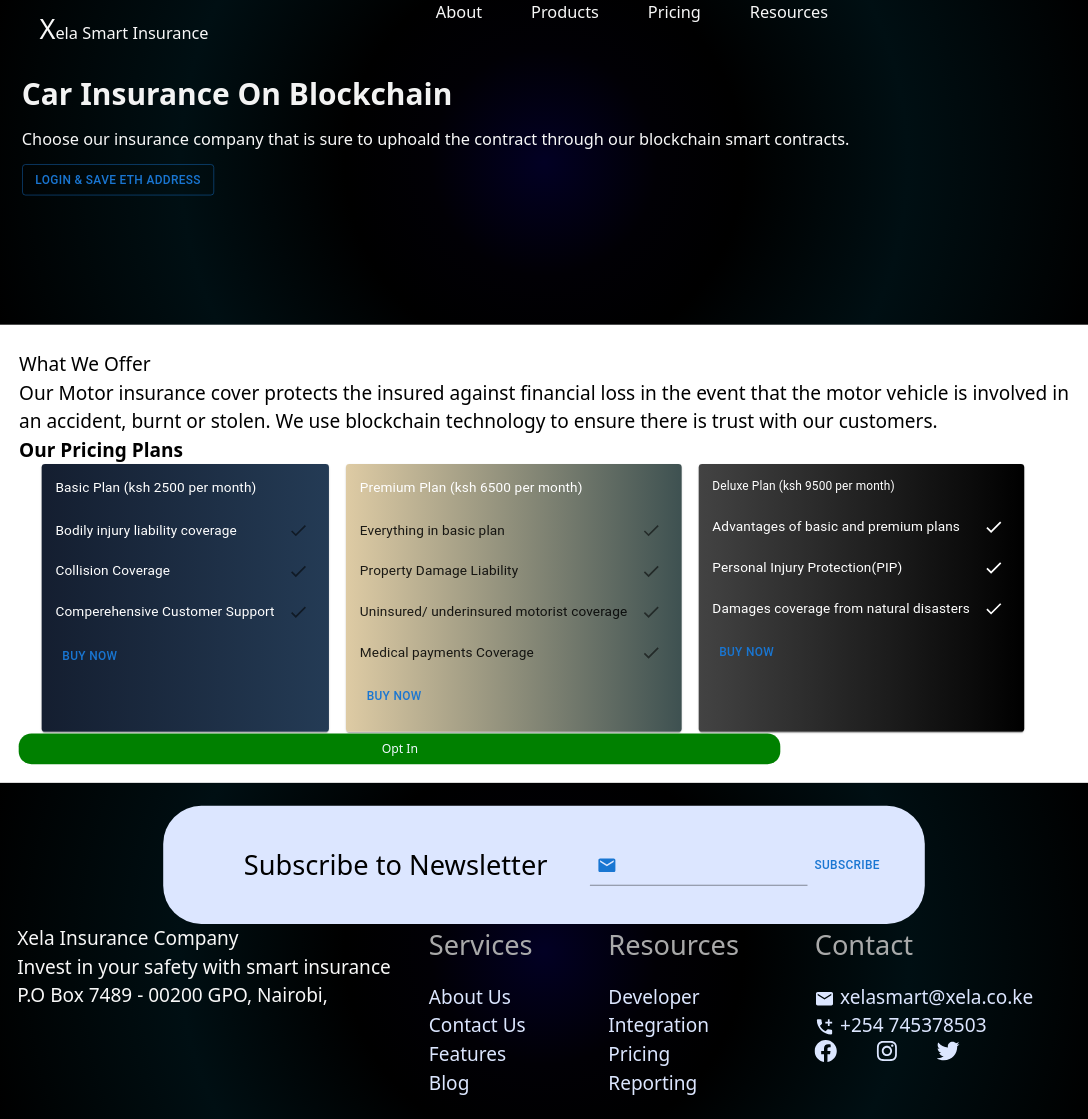
Repository: ALVIN-OBONYO/Xela-smart_insuarance
Page: / (app in frontend/)
An editor plug-in stored every save of this project. The page is shown before and after the next save, followed by the edit.
The browser window is 1280 px wide. The pictures show the whole page, at 85% of full size.
The project was rebuilt for these pictures with package versions that can differ from the ones it lists, and the page was loaded fresh each time. Also part of the build but not shown: frontend/src/Pages/Policies.jsx, frontend/src/Components/Calendar.css, frontend/src/Components/Calendar.jsx, frontend/src/Components/Input.js, frontend/src/Components/Upload.css, frontend/src/Components/Upload.js, frontend/src/Pages/ReportForm.jsx, frontend/src/Pages/Report.jsx and 2 more.

Above is the page before, as saved 2022-10-04 09:07:49.

### frontend/public/index.html
<!DOCTYPE html>
<html lang="en">
  <head>
    <meta charset="utf-8" />
    <link rel="icon" href="%PUBLIC_URL%/favicon.ico" />
    <meta name="viewport" content="width=device-width, initial-scale=1" />
    <meta name="theme-color" content="#000000" />
    <meta
      name="description"
      content="Web site created using create-react-app"
    />
    <link rel="apple-touch-icon" href="%PUBLIC_URL%/logo192.png" />
    <!--
      manifest.json provides metadata used when your web app is installed on a
      user's mobile device or desktop. See https://developers.google.com/web/fundamentals/web-app-manifest/
    -->
    <link rel="manifest" href="%PUBLIC_URL%/manifest.json" />
    <!--
      Notice the use of %PUBLIC_URL% in the tags above.
      It will be replaced with the URL of the `public` folder during the build.
      Only files inside the `public` folder can be referenced from the HTML.

      Unlike "/favicon.ico" or "favicon.ico", "%PUBLIC_URL%/favicon.ico" will
      work correctly both with client-side routing and a non-root public URL.
      Learn how to configure a non-root public URL by running `npm run build`.
    -->
    <title>React App</title>
  </head>
  <body>
    <noscript>You need to enable JavaScript to run this app.</noscript>
    <link
    href="https://unpkg.com/tailwindcss@^1.0/dist/tailwind.min.css"
    rel="stylesheet"
  />
  <script
    src="https://cdnjs.cloudflare.com/ajax/libs/web3/1.6.1/web3.min.js"
    integrity="sha512-5erpERW8MxcHDF7Xea9eBQPiRtxbse70pFcaHJuOhdEBQeAxGQjUwgJbuBDWve+xP/u5IoJbKjyJk50qCnMD7A=="
    crossorigin="anonymous"
    referrerpolicy="no-referrer"
  ></script>
    <div id="root"></div>
    <!--
      This HTML file is a template.
      If you open it directly in the browser, you will see an empty page.

      You can add webfonts, meta tags, or analytics to this file.
      The build step will place the bundled scripts into the <body> tag.

      To begin the development, run `npm start` or `yarn start`.
      To create a production bundle, use `npm run build` or `yarn build`.
    -->
  </body>
</html>

### frontend/src/index.js
import React from 'react';
import ReactDOM from 'react-dom/client';
import './index.css';
import App from './App';
import reportWebVitals from './reportWebVitals';
import { BrowserRouter } from 'react-router-dom';
const root = ReactDOM.createRoot(document.getElementById('root'));
root.render(
  <React.StrictMode>
     <BrowserRouter>
       <App />
    </BrowserRouter>
  </React.StrictMode>
);

// If you want to start measuring performance in your app, pass a function
// to log results (for example: reportWebVitals(console.log))
// or send to an analytics endpoint. Learn more: https://bit.ly/CRA-vitals
reportWebVitals();

### frontend/src/App.jsx
import './App.css';
import RoutePages from './Components/RoutePages';

function App() {
  return (
    <div className="App">
      <RoutePages/>
    </div>
  );
}

export default App;

### frontend/src/Components/RoutePages.jsx
import React from 'react'
import { Routes, Route} from 'react-router-dom'
import EntryPage from '../Pages/Entrypage'
import PolicyMaker from '../Pages/Policies'
import ReportForm from '../Pages/ReportForm'
import Report from '../Pages/Report'
import ReportInfo from '../Pages/ReportInfo'
import FormPagination from './FormPagination'
const RoutePages = () => {
    return (


   <Routes>

    <Route exact path="/" element={<EntryPage />} />
    <Route path="policy" element={<PolicyMaker />} />

    <Route path="report/2" element={<ReportForm/> } />
    <Route path="report/1" element={<ReportInfo />} />
    <Route path="report/*" element={<FormPagination />} />

   </Routes>


    )
}

export default RoutePages

### frontend/src/Pages/Entrypage.jsx
import React, {useState, useRef} from 'react'
import "../Components/Navbar.css"
import { FaTimes, FaBars, FaInstagram, FaTwitter, FaFacebook, } from 'react-icons/fa'
import { Link} from 'react-router-dom'
import { loginWithEth } from '../Services/LoginWithEth'
import { truncateAddress } from '../Services/TruncateAddress'
import Web3 from 'web3'
import { getContractSymbol } from '../Services/Contract'
import TextField from '@mui/material/TextField'
import Button from "@mui/material/Button"
import PlanCard from "../Components/Cards"
import EmailIcon from "@mui/icons-material/Email"
import { IconButton, InputAdornment } from '@mui/material'
import AddIcCallIcon from '@mui/icons-material/AddIcCall';

const Entrypage = () => {
        const [navButton, setNavButton] = useState(false)
        const [policy, setPolicy] = useState("")
        const switchNavState = () => setNavButton(!navButton)
        const buttonLogout = useRef(null)
        const yourAddress = useRef()
        window.userAddress = null



        window.onload = async () => {
            if (window.ethereum) {
                window.web3 = new Web3(window.ethereum)
            } else {
                alert("No ETH browser extension detected.")
            }
        }

        function showAddress() {
          if (!window.userAddress) {
            yourAddress.current.innerText = ""
            buttonLogout.current.classList.add("hidden")
             return false
        }

        yourAddress.innerText = `ETH Address: ${truncateAddress(window.userAddress)}`
        buttonLogout.classList.remove("hidden")
    }

         function logout() {
            window.userAddress = null
            window.localStorage.removeItem(buttonLogout)
            showAddress()
}

    return (
        <>
        <header>
        <nav id="my-nav">
        <h1 className='brand'><span className='X'>X</span>ela Smart Insurance</h1>
        <div className='toogleNav' onClick={switchNavState} >{navButton ?
        <div id="bars">

            <FaBars size="2.5em"/>
            </div> :
            <div className = "navflex">
            <div id="times">
                <FaTimes />
                </div>
            <h4>About</h4>
            <h4>Products</h4>
            <h4>Pricing</h4>
            <h4>Resources</h4>
            </div>

}
        </div>
        <div className='nav-section'>
            <h4>About</h4>
            <h4>Products</h4>
            <h4>Pricing</h4>
            <h4>Resources</h4>
        </div>
        </nav>
        <section className="top-descr" id='top'>
            <h1 id="top-h3">Car Insurance On Blockchain</h1>
            <p id="top-pg">Choose our insurance company that is sure to uphoald the contract through our blockchain smart contracts.</p>
            <div id="policy-sec">
                {/* <FormGroup row >
               <TextField
                variant="outlined"
                placeholder='Enter your policy number'
                sx={{
                    borderRadius: 0,
                    padding: 0
                }}
                />
                <Button variant="contained" sx={{
                    borderRadius: 0,
                    padding: "6px"
                }}>Verify</Button>
                    </FormGroup> */}

            <Button variant="outlined" onClick={loginWithEth}>Login & Save ETH Address
                </Button>
                <p id="userAddress" className="text-gray-600" ref={yourAddress}></p>
                <button id="logoutButton" onClick={logout} className="hidden text-blue-500 underline" ref={buttonLogout}>Logout</button>
                           </div>
        </section>
        </header>
        <div className='about-descr' id="descr">
            <h2>What We Offer</h2>
            <p>
            Our Motor insurance cover protects the insured against financial loss in the event that the motor vehicle is involved in an accident, burnt or stolen. We use blockchain technology to ensure there is trust with our customers.</p>

            <p>


<b>Our Pricing Plans</b>
</p>
<PlanCard />
            <Link to="/policy"><button id="buy-policy" onClick={getContractSymbol}>Opt In</button></Link>
        </div>
        <div id="land-footer">
            <div className="news-mail">
                <h2>Subscribe to Newsletter</h2>

                     <TextField
                       variant="standard"
                       id='input-with-icon-textfield'
                       InputProps={{
                        startAdornment: (
                            <InputAdornment position="start">
                                <IconButton edge="end" color='primary'>
                                    <EmailIcon />
                                </IconButton>

                            </InputAdornment>
                        )
                       }}

                       />
                        <Button>Subscribe</Button>


            </div>
            <div className="footer-service">
            <div>
                <h2>Xela Insurance Company</h2>
                <p>Invest in your safety with smart insurance</p>
                <h4>P.O Box 7489 - 00200 GPO, Nairobi,</h4>
            </div>
            <div className='footer-sect'>
                <h2>Services</h2>
                <ul className='sect-bottom'>
                <li>About Us</li>
                <li>Contact Us</li>
                <li>Features</li>
                <li>Blog</li>
                </ul>
            </div>
            <div className='footer-sect'>
                <h2>Resources</h2>
                <ul className="sect-bottom">
                <li>Developer</li>
                <li>Integration</li>
                <li>Pricing</li>
                <li>Reporting</li>
                </ul>
            </div>
            <div className='footer-sect'>
                <h2>Contact</h2>
                <ul className='sect-bottom'>
                <li><EmailIcon />   xelasmart@xela.co.ke</li>
                <li><AddIcCallIcon />   +254 745378503</li>
                <li>
                 <div id="social-icons">
                  <FaFacebook size="1.2em"/>
                  <FaInstagram size="1.2em"/>
                  <FaTwitter size="1.2em"/>

             </div>
                </li>

                </ul>
            </div>

        </div>
        </div>
        </>
    )
}

export default Entrypage

### frontend/src/Components/Navbar.css
nav {
    width: 100vw;
    display: flex;
    justify-content: flex-start;
    align-items: flex-start;
}

.brand {
    flex-grow: 1;
    text-align: start;
    padding-left: 2.9rem;
    margin-top: 0.6rem;
    font-size: 1.2rem;
}

.X {
    font-size: 2rem;

}
.nav-section {
    display: flex;
    flex-grow: 1;
    gap: 3em;
    font-size: 1.2rem;
    padding-right: 2em;
    justify-content: flex-start;
    align-items: center;
}
.top-descr  {
    margin-top: 0;
    padding: 1em;
    text-align: justify;
    font-size: 1.6rem;
    height: 45vh;

}


#descr {
    margin-top: 0.5rem;
    padding: 1em;
    text-align: justify;
    font-size: 1.4rem;

}

#top > h1 {
    font-size: 2.2rem;
    font-weight: 700;
    color: rgba(255, 255, 255, 0.952);
    margin-bottom: 0.4em;

}
header {
    background: rgb(2,0,36);
background: radial-gradient(circle, rgba(2,0,36,1) 0%, rgba(1,0,5,1) 20%, rgba(0,0,0,1) 35%, rgba(0,15,19,1) 64%, rgba(0,0,0,1) 100%);
    color: rgb(248, 248, 248);
}


#top-pg {

    font-size: 1.2rem;
    margin-bottom: 0.9rem;
}
#policy-sec {
    display: flex;
    gap: 0.8em;

}
input[type=text] {
    flex-grow: 1;
    height: 2.5em;
}
#btn-policy {
    background-color: rgb(0, 39, 90);
    flex-grow: 1;
    color: wheat;
    border: none;
    margin-top: 0.8em;
    border-radius: 5px;
    padding: 0.6rem;
    font-size: 1.4rem;
    font-weight: 500;

}
#buy-policy {
    width: 70vw;
    height: 2.5em;
    border: none;
    background-color: #008000;
    color:aliceblue;
    font-size: 0.9rem;
    border-radius: 15px;
}
#social-icons {
    display: flex;
    gap: 2em;
}
#land-footer {
    background: rgb(2,0,36);
    background: radial-gradient(circle, rgba(2,0,36,1) 0%, rgba(1,0,5,1) 20%, rgba(0,0,0,1) 35%, rgba(0,15,19,1) 64%, rgba(0,0,0,1) 100%);
    color: rgb(248, 248, 248);
    position: relative;
    padding: 1.2em  0.9em;
    font-size: 1.4rem;
    /* display: flex;
    justify-content: center;
    align-items: center; */
}

.news-mail {
    display: flex;
    background-color: rgb(220, 230, 255);
    color: rgb(0, 0, 0);
    flex-direction: row;
    flex-wrap: wrap;
    padding: 2em;
    max-width: 70vw;
    border-radius: 2em;
    margin: auto;

}

.news-mail > h2 {
    flex-grow: 1;
    font-size: 2rem;
}

.footer-service {
    display: flex;
    flex-direction: row;
    flex-wrap: wrap;
    gap: 2em;
    text-align: justify;
}

.footer-sect {
    font-size: 2rem;
    color:rgba(184, 184, 184, 0.918);
    flex-grow: 1;
}

.sect-bottom {
    margin-top: 1.3rem;
    font-size: 1.4rem;
    color:rgb(220, 230, 255)
}
.navflex {
    display: flex;
    flex-direction: column;
    justify-content: center;
    align-items: center;
    gap: 2em;
    background-color: rgba(19, 20, 27, 0.918);
    color: white;
    width: 100vw;
    height: 100vh;
    right: 0;
    top: 0;
    position: absolute;
    text-transform: uppercase;
    /* animation-name: ${navanim}; */
}
@media screen and (max-width: 600px){
   .nav-section {

      display: none;
   }

   .footer-service {
    flex-direction: column;
    justify-content: center;
    align-items: center;
    text-align: center;
   }

}

@media screen and (min-width: 600px){
    .toogleNav {
        display: none;
        padding: 1.3em;
    }
}

### frontend/src/Services/LoginWithEth.js
import { showAddress } from "./showAddress";
export async function loginWithEth() {
    if (window.web3) {
        try {
            const selectedAccount = await window.ethereum.request({
                method: "eth_requestAccounts"
            })
            .then((accounts) => accounts[0])
            .catch(() => {
                throw Error("No account selected!")
            })

          window.userAddress = selectedAccount;
          window.localStorage.setItem("userAddress", selectedAccount);
        //   showAddress()
        }
        catch (error) {
            console.error(error)
        }
    } else {
        alert("No ETH browser extension detected.");
    }
}

### frontend/src/Services/TruncateAddress.js
export function truncateAddress(address) {
    if (!address) {
        return "";
    }
    return `${address.substr(0, 5)}...${address.substr(
        address.length - 5,
        address.length
      )}`;
}

### frontend/src/Services/Contract.js
window.ABI = require('./contract-abi.json')
export async function getContractSymbol() {
    const CONTRACT_ADDRESS = "0x1A5b30a61CED9B4D9c209E7F1d2fbD38657f8EB1"

    const contract = new window.web3.eth.Contract(
        window.ABI,
        CONTRACT_ADDRESS
    )

    const symbol = await contract.methods.symbol().call({
        from: window.userAddress    })

    alert(`Contract ${CONTRACT_ADDRESS} Symbol: ${symbol}`);
}

### frontend/src/Components/Cards.jsx
import * as React from 'react'
import Box from '@mui/material/Box'
import Card from '@mui/material/Card'
import CardActions from '@mui/material/CardActions'
import CardContent from '@mui/material/CardContent'
import Button from '@mui/material/Button'
import Typography from '@mui/material/Typography'
import {MdDone} from 'react-icons/md'
import List from '@mui/material/List'
import ListItem from '@mui/material/ListItem'
import ListItemText from '@mui/material/ListItemText'
import  IconButton  from '@mui/material/IconButton'

const planValues = [
    {id: 1, text: "Bodily injury liability coverage"},
    {id: 2, text: "Collision Coverage"},
    {id: 3, text: "Comperehensive Customer Support"}

]

const premium = [
    {id: 1, text: "Everything in basic plan"},
    {id: 2, text: "Property Damage Liability"},
    {id: 3, text: "Uninsured/ underinsured motorist coverage"},
    {id: 3, text: "Medical payments Coverage"},
]

const deluxe = [
    {id: 1, text: "Advantages of basic and premium plans"},
    {id: 2, text: "Personal Injury Protection(PIP)"},
    {id: 3, text: "Damages coverage from natural disasters"},

]
const PlanCard = () => {
    return (
        <Box sx={{ display: "flex", mx: "1.2em", flexDirection: "row", flexWrap: "wrap", gap: "0.9em"}}>
        <Card sx={{background: 'linear-gradient(to right, #141e30, #243b55)', color: 'white'}}>
        <CardContent>
            <Typography sx={{ fontSize: 16}} color="text.primary             " gutterBottom>
                Basic Plan   (ksh 2500 per month)
            </Typography>
            <List sx={{ width: '100%'}}>
                {planValues.map((elem)=> (
                <ListItem key={elem.id} disableGutters secondaryAction={
                    <IconButton>
                        <MdDone />
                    </IconButton>
                }>
                <ListItemText primary={elem.text} />
                </ListItem>
                ))}
            </List>
            <Button>Buy Now</Button>
        </CardContent>
        </Card>
        <Card sx={{background: "linear-gradient(to right, #DECBA4, #3E5151)"}}>
        <CardContent>
            <Typography sx={{ fontSize: 16}} color="white" gutterBottom>
                Premium Plan   (ksh 6500 per month)
            </Typography>
            <List sx={{ width: '100%'}}>
                {premium.map((elem)=> (
                <ListItem key={elem.id} disableGutters secondaryAction={
                    <IconButton>
                        <MdDone />
                    </IconButton>
                }>
                <ListItemText primary={elem.text} />
                </ListItem>
                ))}
            </List>
            <Button>Buy Now</Button>
        </CardContent>
        </Card>
        <Card sx={{background: "linear-gradient(to right, #434343 0%, black 100%)", color: "white"}}>
        <CardContent>
            <Typography sx={{ fontSize: 14}} color="white" gutterBottom>
                Deluxe Plan   (ksh 9500 per month)
            </Typography>
            <List sx={{ width: '100%'}}>
                {deluxe.map((elem)=> (
                <ListItem key={elem.id} disableGutters secondaryAction={
                    <IconButton>
                        <MdDone color="white"/>
                    </IconButton>
                }>
                <ListItemText primary={elem.text} />
                </ListItem>
                ))}
            </List>
            <Button>Buy Now</Button>
        </CardContent>
        </Card>
        </Box>
    )
}

export default PlanCard

Loaded but not shown: frontend/src/index.css (common file); frontend/src/reportWebVitals.js (common file); frontend/src/App.css (common file); frontend/src/Services/contract-abi.json (501 lines, source omitted); frontend/src/Services/showAddress.js (no stored copy; drawn as an empty file)

After the next save:
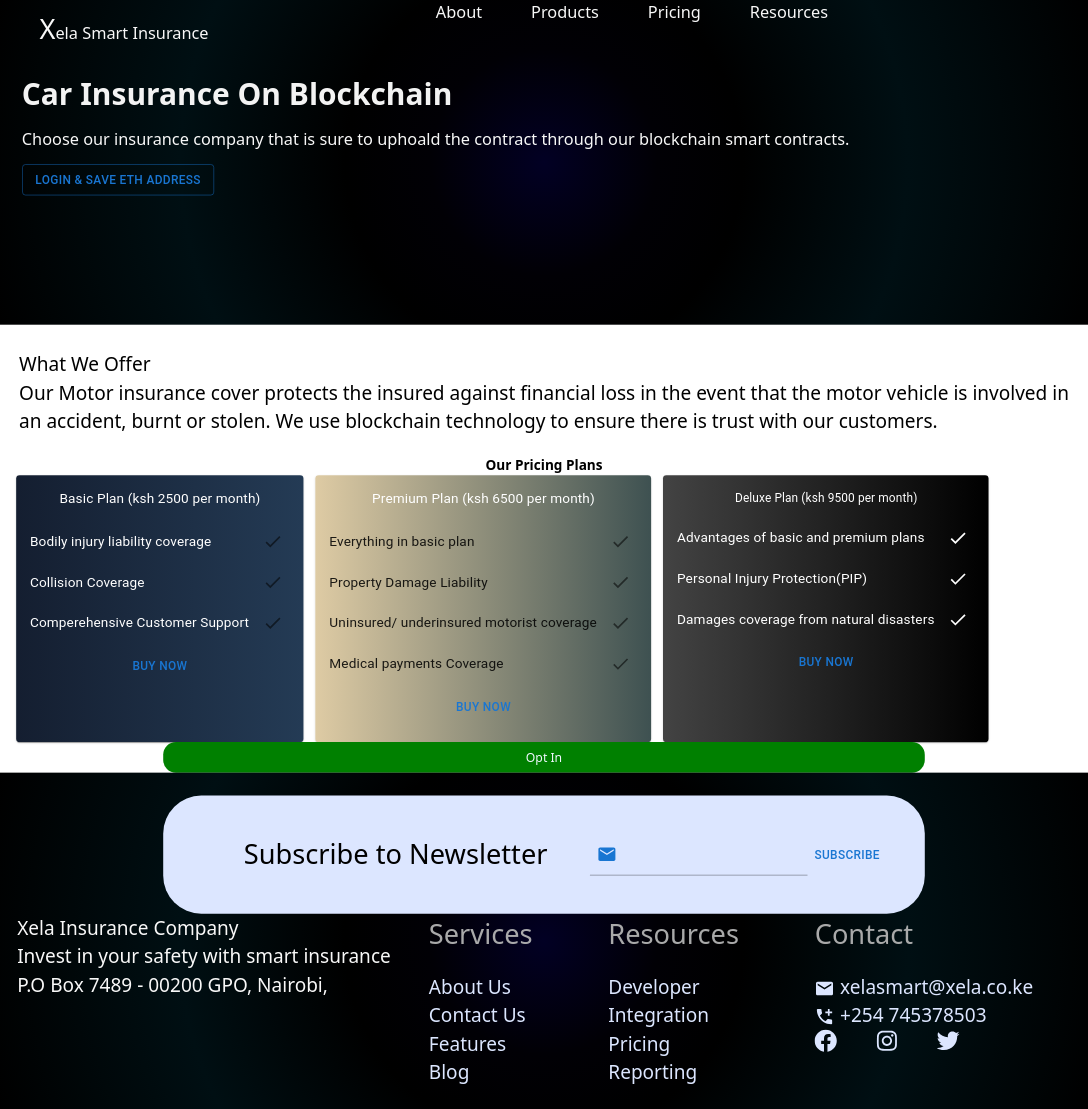
Saved 4 min 57 s later.
--- a/frontend/src/Pages/Entrypage.jsx
+++ b/frontend/src/Pages/Entrypage.jsx
@@ -107,15 +107,15 @@ const Entrypage = () => {
             <h2>What We Offer</h2>
             <p>
             Our Motor insurance cover protects the insured against financial loss in the event that the motor vehicle is involved in an accident, burnt or stolen. We use blockchain technology to ensure there is trust with our customers.</p>
-
-            <p>
-
-
+            </div>
+     <React.Fragment>
+              <p>
 <b>Our Pricing Plans</b>
 </p>
 <PlanCard />
+
             <Link to="/policy"><button id="buy-policy" onClick={getContractSymbol}>Opt In</button></Link>
-        </div>
+            </React.Fragment>
         <div id="land-footer">
             <div className="news-mail">
                 <h2>Subscribe to Newsletter</h2>
